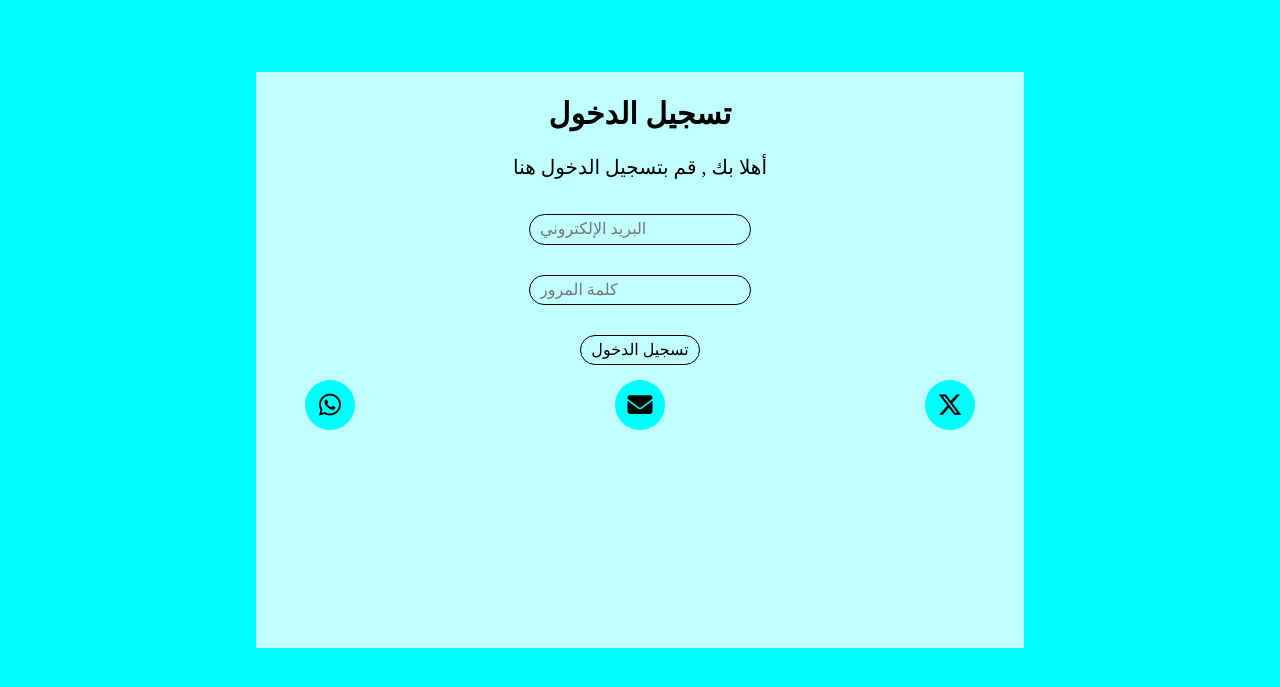
Repository: FaisalFahed/login-page
Page: html/صفحة تسجيل دخول.html
An editor plug-in stored every save of this project. The page is shown before and after a run of saves, followed by the edit.
The browser window is 1280 px wide. The pictures show the whole page.
Some web fonts or font styles are not loaded; a fallback is used.

Above is the page before, as saved 2025-04-01 08:46:54.

After the next 3 saves:
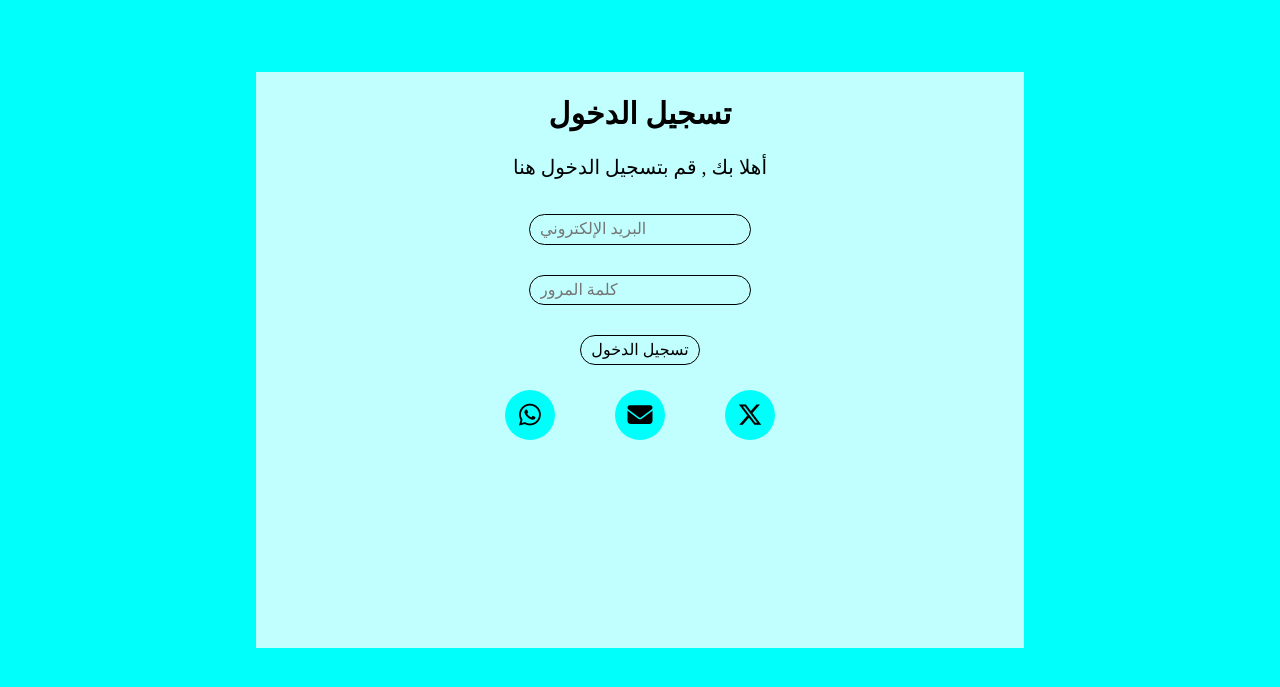
The 3 saves are shown as one change because they came seconds apart.
The last was saved 10 s later.
--- a/css/صفحة تسجيل دخول.css
+++ b/css/صفحة تسجيل دخول.css
@@ -86,7 +86,7 @@ ul{
     border-radius: 50%;
 }
 .icons ul li a i:nth-child(1){
-    margin: 0 130px;
+    margin: 10px 30px;
 }
 /* @media (min-width:768px){
     .container{
